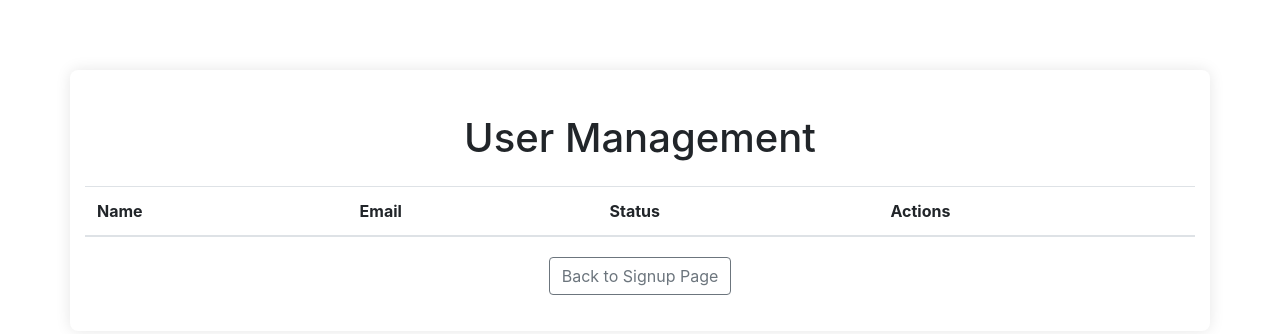
Repository: rmdayberry/yodlr-take-home
Page: public/admin.html
The author's editor kept a copy of each file at every save. The page is drawn from the files as they stood at one save, then again after the next save.
The browser window is 1280 px wide. The pictures show the whole page.
The page's requests for data from a server got no answer.

Above is the page before, as saved 2024-10-09 10:08:53.

After the next save:
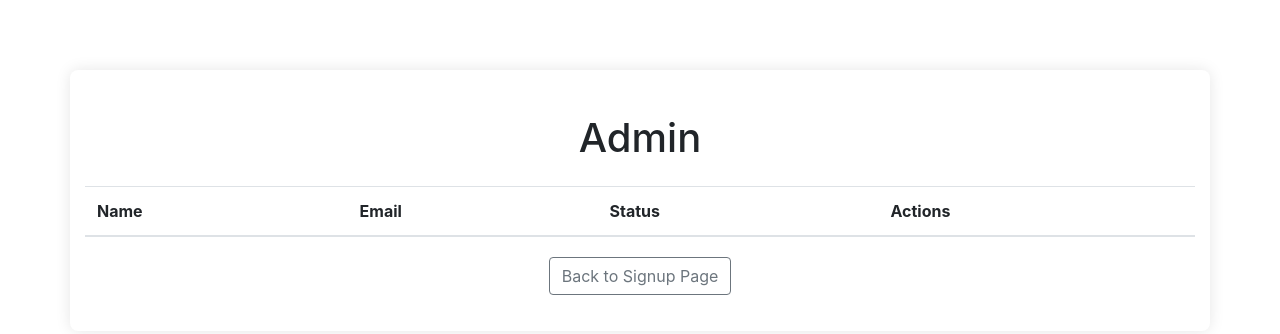
Saved 81 s later.
--- a/public/admin.html
+++ b/public/admin.html
@@ -14,7 +14,7 @@
   </head>
   <body>
     <div class="container">
-      <h1 class="mt-4">User Management</h1>
+      <h1 class="mt-4">Admin</h1>
       <table class="table mt-4" id="userTable">
         <thead>
           <tr>
